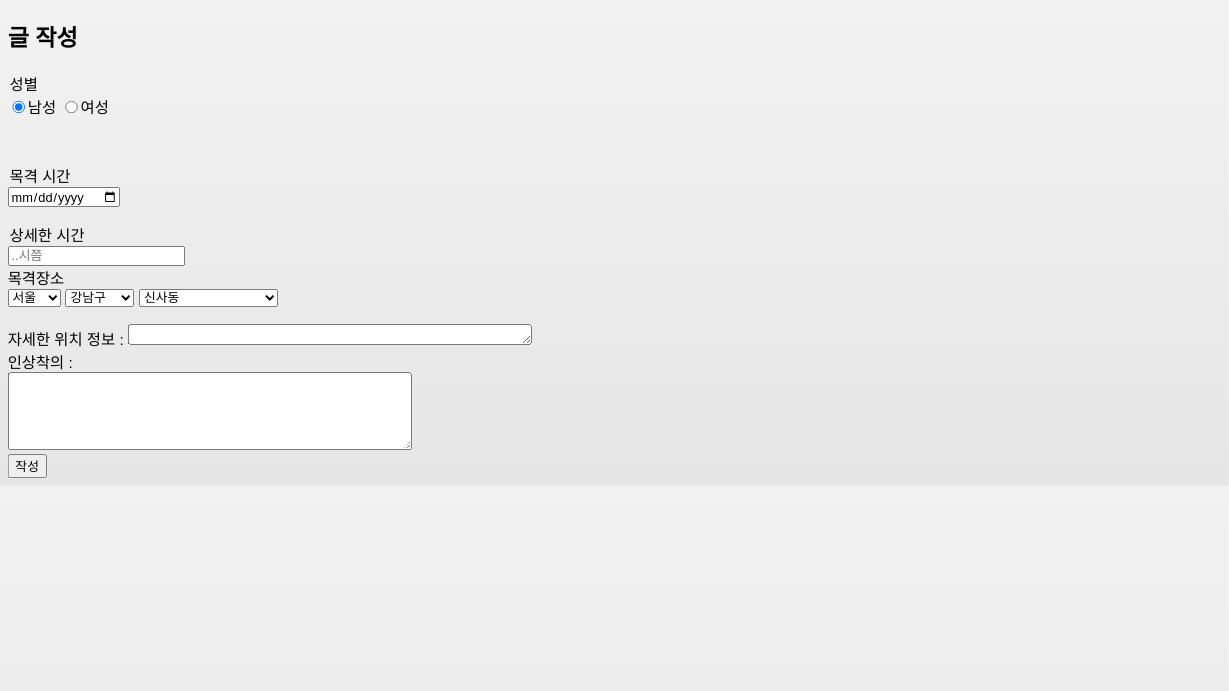
Repository: loone96/sendmylove
Page: sendMyLove1.0/src/main/webapp/board.html
The author's editor kept a copy of each file at every save. The page is drawn from the files as they stood at one save, then again after the next save.
The browser window is 1280 px wide. The pictures show the whole page, at 96% of full size.
Some web fonts or font styles are not loaded; a fallback is used.

Above is the page before, as saved 2020-06-23 01:20:34.

After the next save:
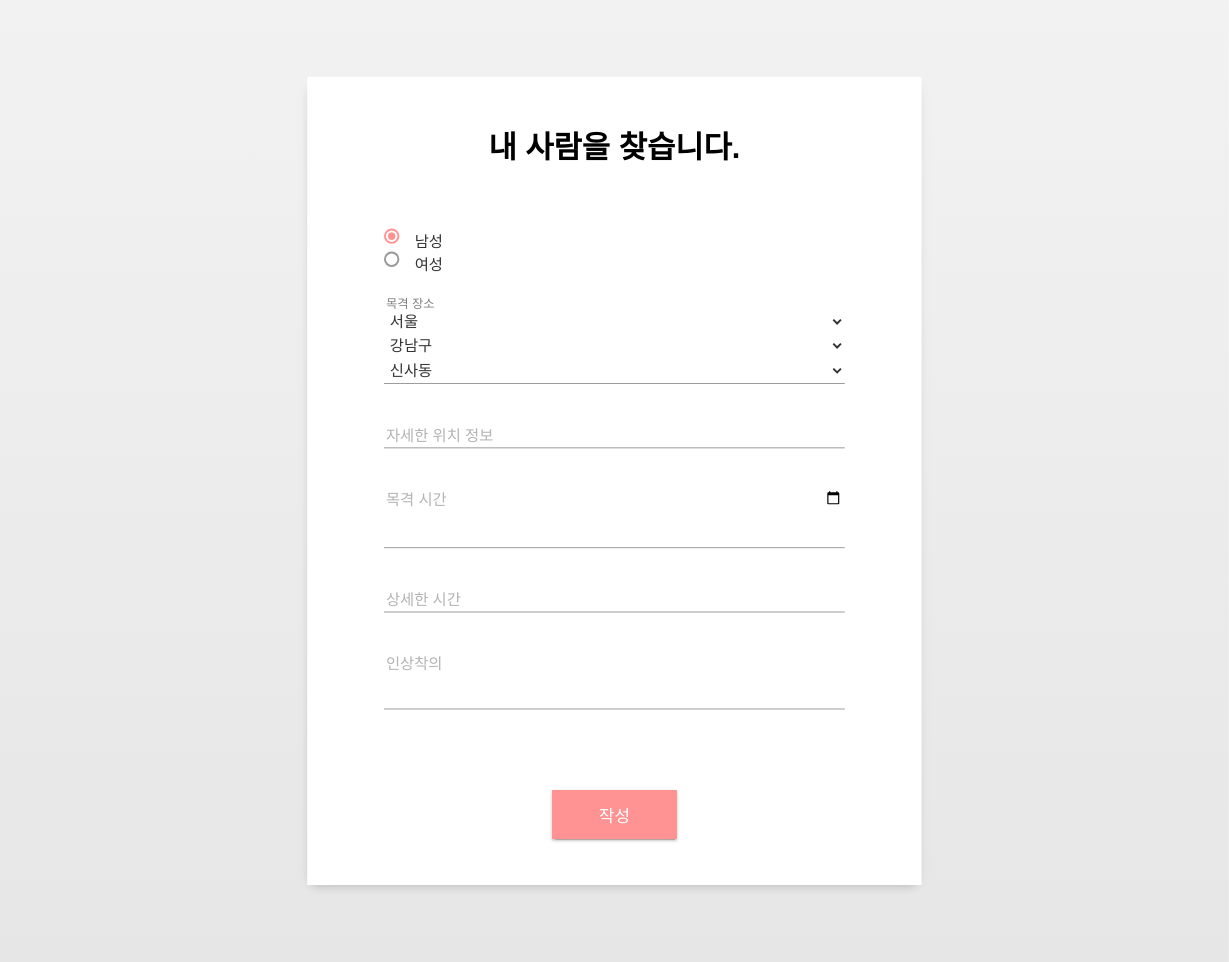
Saved 32 s later.
--- a/sendMyLove1.0/src/main/webapp/board.html
+++ b/sendMyLove1.0/src/main/webapp/board.html
@@ -6,75 +6,67 @@
 <meta name="viewport" content="width=device-width, initial-scale=1.0">
 <title>Document</title>
 <link rel="stylesheet" href="css/board.css">
+<link rel="stylesheet" href="https://cdnjs.cloudflare.com/ajax/libs/font-awesome/4.7.0/css/font-awesome.css"/>
 </head>
 
 <body>
-	<form action="insertBoard" method="POST">
+<div class="container">
+        <form action="insertBoard" method="POST">
+            <h1>내 사람을 찾습니다.</h1>
+            <div class="form-radio">
+                <div class="radio">
+                    <label>
+                        <input type="radio" name="gender" value="남성" checked="checked" /><i class="helper"></i>남성
+                    </label>
 
-		<header>
-			<h2>글 작성</h2>
-		</header>
+                    <label>
+                        <input type="radio" name="gender" value="여성"/><i class="helper"></i>여성
+                    </label>
+                </div>
+            </div>
 
 
-		<div>
-			<fieldset>
+            <div class="form-group">
 
-				<legend id="title5" class="desc"> 성별 </legend>
+                <select name="sido" id="sido">
+                    <option value="">-시도-</option>
+                </select>
+                <select name="gugun" id="gugun">
+                    <option value="">-구군-</option>
+                </select>
+                <select name="dong" id="dong">
+                    <option value="">-동-</option>
+                </select>
 
-				<div>
-					<div>
-						<input type="radio" id="Field5_1" name="gender" value="남성"
-							checked="checked">남성 <input type="radio" id="Field5_1"
-							name="gender" value="여성">여성
-					</div>
-				</div>
-			</fieldset>
-		</div>
-
-		<div>
-
-			<legend id="title5" class="desc"> 목격 시간 </legend>
-			<input class="desc" type="date" placeholder="Date" required
-				name="date" value="2020-01-01T00:00">
-			</p>
-			<legend id="title5" class="desc"> 상세한 시간 </legend>
-			<input id="Field4" name="detailtime" type="text" placeholder="..시쯤">
-		</div>
+                <label for="select" class="control-label">목격 장소</label><i class="bar"></i>
+            </div>
 
 
+            <div class="form-group">
+                <input type="text" name="loc" required="required" />
+                <label for="input" class="control-label">자세한 위치 정보</label><i class="bar"></i>
+            </div>
 
-		<div>
-			<label class="desc" id="title106" for="Field106"> 목격장소 </label>
-			<div>
+            <div class="form-group">
+                <input name="date" class="form-group" type="date" placeholder="Date" required name="date" value="2020-01-01T00:00">
+                <label for="input" class="control-label">목격 시간</label><i class="bar"></i>
+            </div>
 
-				<select name="sido" id="sido">
-					<option value="">-시도-</option>
-				</select> <select name="gugun" id="gugun">
-					<option value="">-구군-</option>
-				</select> <select name="dong" id="dong">
-					<option value="">-동-</option>
-				</select> <br>
-				<br> 자세한 위치 정보 :
-				<textarea id="Field4" name="loc" spellcheck="true" rows="1"
-					cols="50" tabindex="4"></textarea>
-			</div>
-		</div>
-		<div>
-			<label class="desc" id="title4" for="Field4"> 인상착의 : </label>
+            <div class="form-group">
+                <input name="detailtime" type="text" required="required" />
+                <label for="input" class="control-label">상세한 시간</label><i class="bar"></i>
+            </div>
 
-			<div>
-				<textarea id="Field4" name="detail" spellcheck="true" rows="5"
-					cols="50" tabindex="4"></textarea>
-			</div>
-		</div>
 
-		<div>
-			<div>
-				<input id="saveForm" type="submit" value="작성">
-			</div>
-		</div>
-
-	</form>
+            <div class="form-group">
+                <textarea required="required" name="detail"></textarea>
+                <label for="textarea" class="control-label">인상착의</label><i class="bar"></i>
+            </div>
+            <div class="button-container">
+                <button type="button" class="button" onclick="location.href='insertBoard'"><span>작성</span></button>
+            </div>
+        </form>
+    </div>
 
 </body>
 <script src="js/sojaeji.js"></script>
